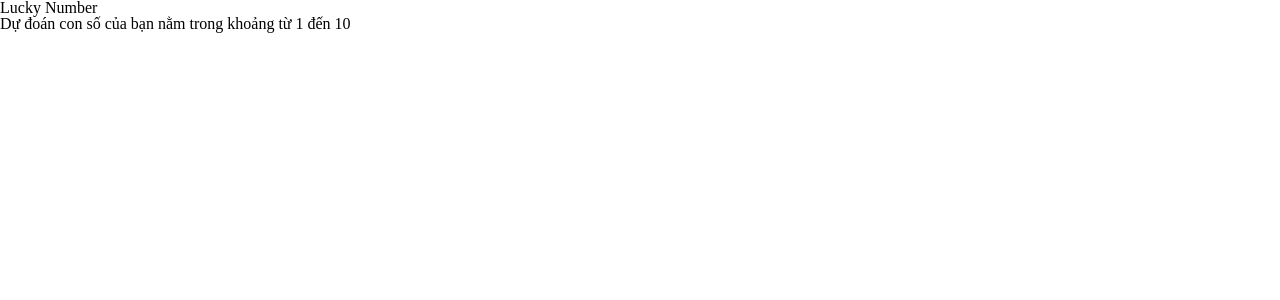
Repository: whis16720/PhuNguyen-C4EJS-D15
Page: index.html
The author's editor kept a copy of each file at every save. The page is drawn from the files as they stood at one save, then again after the next save.
The browser window is 1280 px wide. The pictures show the whole page.
The style sheet was rebuilt from its Sass, Less or Tailwind sources for each picture, by a compiler version that may differ from the author's.

Above is the page before, as saved 2020-09-22 19:24:53.

### index.html
<!DOCTYPE html>
<html lang="en">
<head>
	<meta charset="UTF-8">
	<meta name="viewport" content="width=device-width, initial-scale=1.0">
	<title>Document</title>
	<link rel="stylesheet" href="style.css">
	<link rel="stylesheet" href="reset.css">
	<link href="https://fonts.googleapis.com/css2?family=Poppins:wght@200;300;400;600;700&display=swap" rel="stylesheet">
	<script src="index.js"></script>
</head>
<body>
	<div class="game">
		<h1 class="game__name">Lucky Number</h1>
		<p class="game__details">Dự đoán con số của bạn nằm trong khoảng từ 1 đến 10</p>
	</div>
</body>
</html>

### style.scss
html {
	font-size: 62.5%; // 1rem = 10px
}
body {
	font-family: "Poppins", sans-serif;
	line-height: 1.4;
  }

Loaded but not shown: reset.css (common file); index.js (no copy from this time; the picture is the same without it)

After the next save:
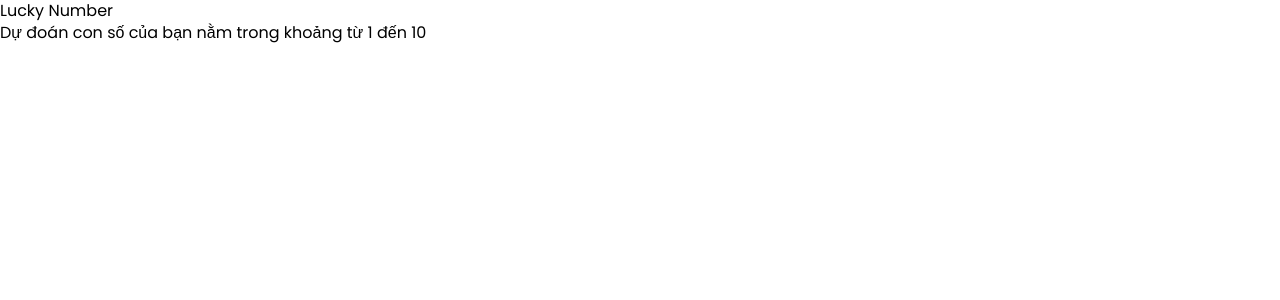
Saved 39 s later.
--- a/style.scss
+++ b/style.scss
@@ -1,7 +1,7 @@
 html {
 	font-size: 62.5%; // 1rem = 10px
 }
-body {
+.game {
 	font-family: "Poppins", sans-serif;
 	line-height: 1.4;
   }
